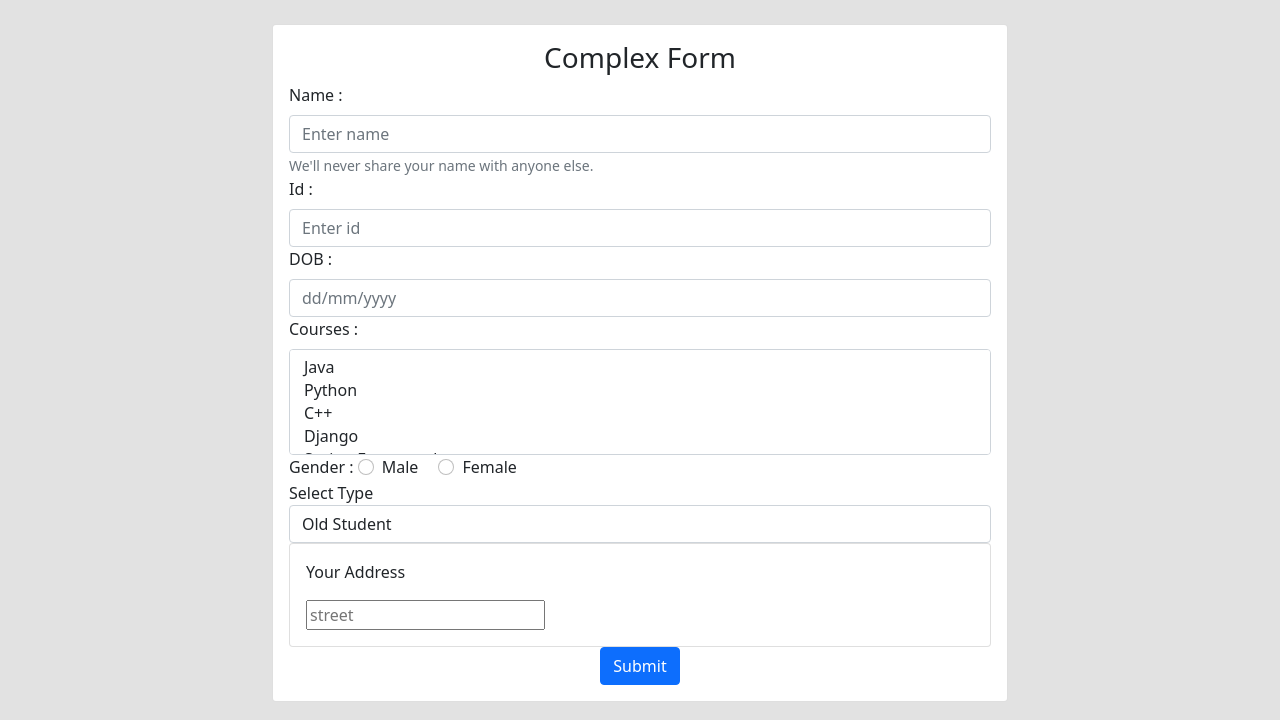
Repository: urvashimalviya/crudDemo
Page: http://localhost/SearchProject/WEB-INF/views/complex_form.jsp
An editor plug-in stored every save of this project. The page is shown before and after the next save, followed by the edit.
The browser window is 1280 px wide. The pictures show the whole page.
The page is served by Tomcat 9. Nobody is signed in. The template is opened directly, without the code that normally fills it, so the values that code supplies are empty.

Above is the page before, as saved 2021-08-18 09:58:56.

After the next save:
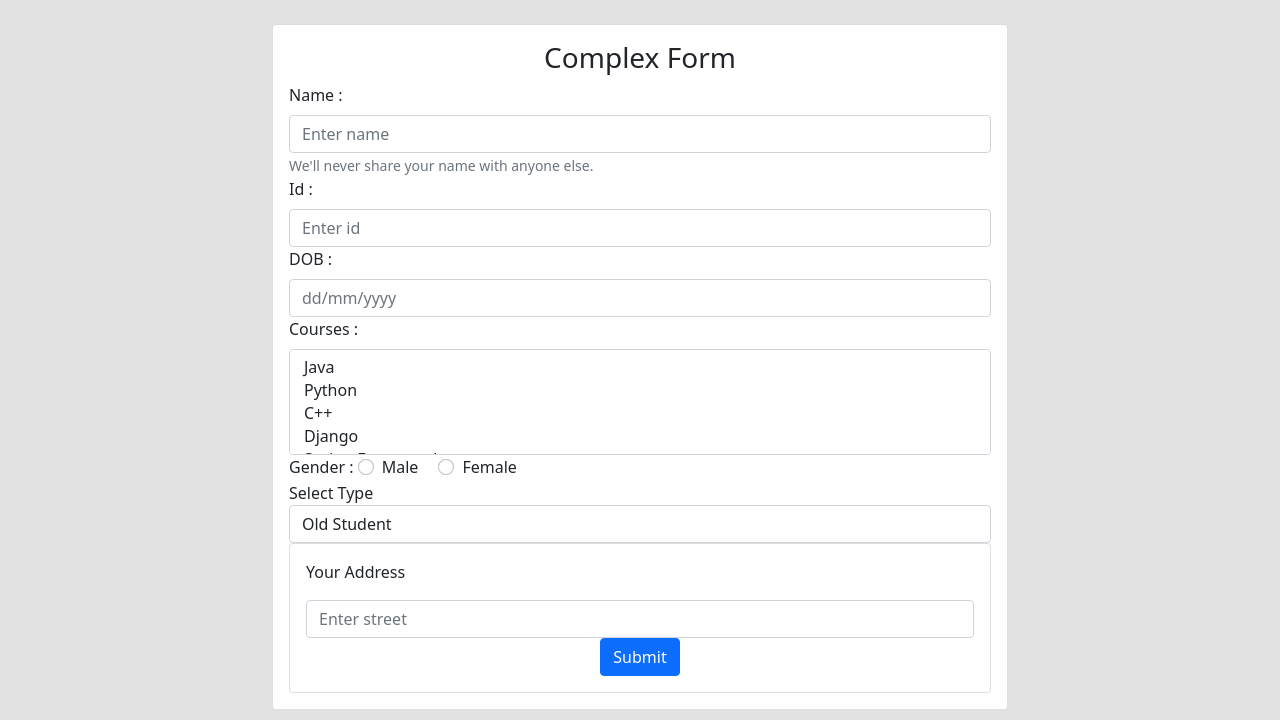
Saved 117 s later.
--- a/SearchProject/src/main/webapp/WEB-INF/views/complex_form.jsp
+++ b/SearchProject/src/main/webapp/WEB-INF/views/complex_form.jsp
@@ -91,9 +91,8 @@
 								<div class="card-body">
 								<p>Your Address</p>
 								<div class="form-group">
-								<input type="text" name="address.street" placeholder="street" />
-								</div>
-								</div>
+								<input type="text" class="form-control"
+								name="address.street" placeholder="Enter street" />
 
 							</div>
 
